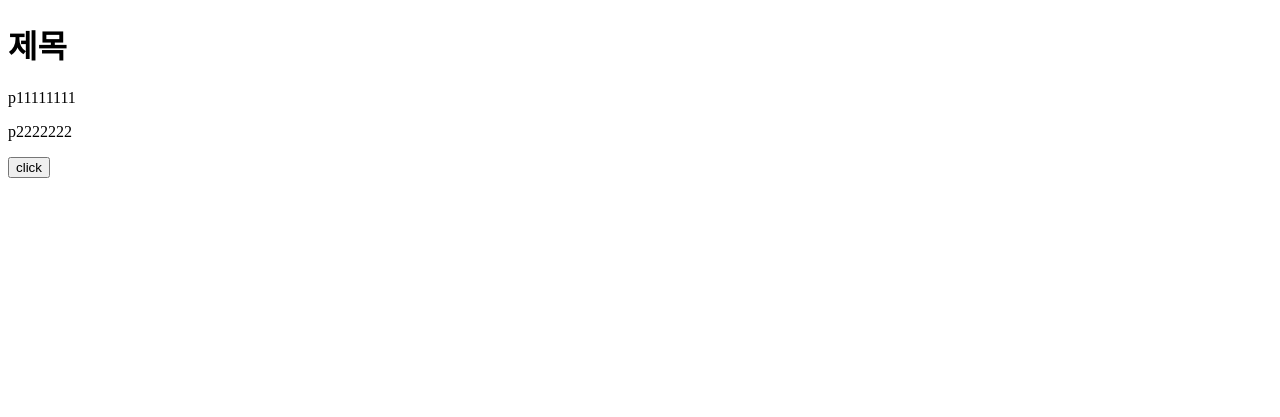
Repository: cwj2306/blog_project_2
Page: http://localhost/blog/test/ajaxtestjquery.jsp
These files come from the project's save history. The page is drawn as it stood at one moment and after the next save; the edit follows.
The browser window is 1280 px wide. The pictures show the whole page.
The page is served by Tomcat 9. Nobody is signed in. The application's start-up code is not run. Other server files are loaded and not shown.

Above is the page before, as saved 2019-11-06 00:38:45.

### blog/WebContent/test/ajaxtestjquery.jsp
<%@ page language="java" contentType="text/html; charset=UTF-8" pageEncoding="UTF-8"%>
<!DOCTYPE html>
<html>
<head>
<meta charset="UTF-8">
	<title>Insert title here</title>
	<script src="https://ajax.googleapis.com/ajax/libs/jquery/3.4.1/jquery.min.js"></script>
	<script>
		$(document).ready(function(){
			$("button").click(function(){
				$("p").hide();
			});
		});
	</script>

</head>
<body>

	<h1>제목</h1>

	<p>p11111111</p>
	<p>p2222222</p>

	<button>click</button>



</body>
</html>

After the next save:
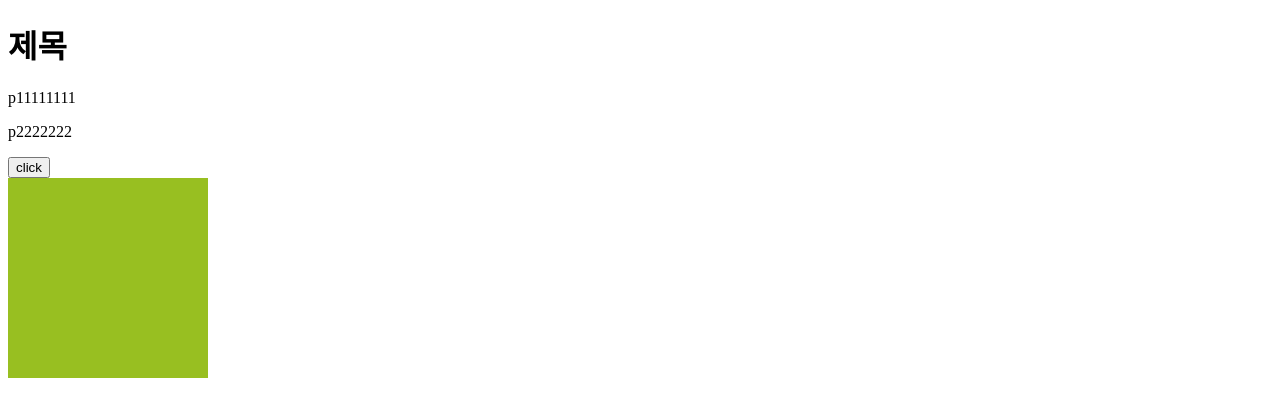
Saved 7 min 28 s later.
--- a/blog/WebContent/test/ajaxtestjquery.jsp
+++ b/blog/WebContent/test/ajaxtestjquery.jsp
@@ -10,6 +10,8 @@
 			$("button").click(function(){
 				$("p").hide();
 			});
+
+
 		});
 	</script>
 
@@ -23,7 +25,9 @@
 
 	<button>click</button>
 
+	<div style="background: #98bf21; height:200px; width:200px; position:absolute;">
 
+	</div>
 
 </body>
 </html>
